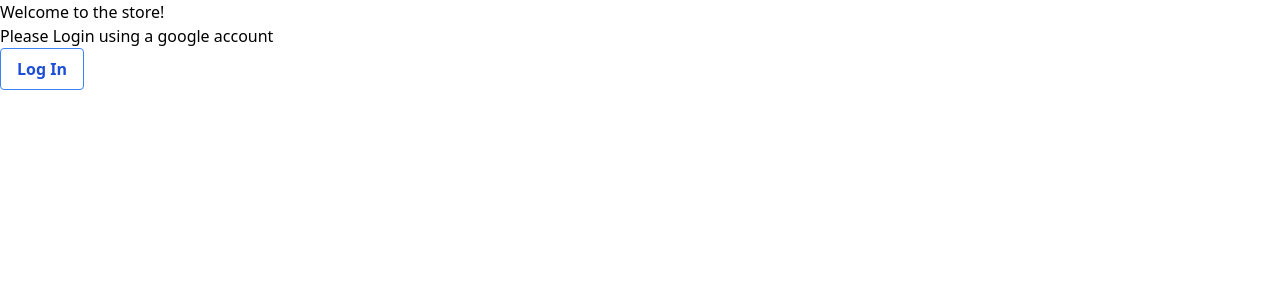
Repository: Siravian-index/rehab-store
Page: /
These files come from the project's save history. The page is drawn as it stood at one moment and after the next save; the edit follows.
The browser window is 1280 px wide. The pictures show the whole page.
The project was rebuilt for these pictures with package versions that can differ from the ones it lists, and the page was loaded fresh each time. Also part of the build but not shown: craco.config.js, src/components/Footer.jsx, src/components/LogoutButton.jsx, src/components/Navbar.jsx.

Above is the page before, as saved 2021-11-01 08:43:50.

After the next save:
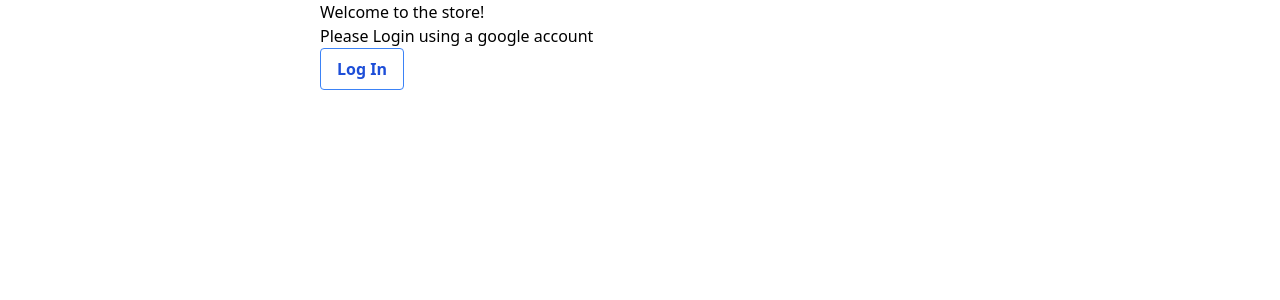
Saved 9 s later.
--- a/src/components/WelcomePage.jsx
+++ b/src/components/WelcomePage.jsx
@@ -2,7 +2,7 @@ import LoginButton from './LoginButton';
 
 const WelcomePage = () => {
   return (
-    <div className='w-2/4'>
+    <div className='w-2/4 m-auto'>
       <h3>Welcome to the store!</h3>
       <p>Please Login using a google account </p>
       <LoginButton />
